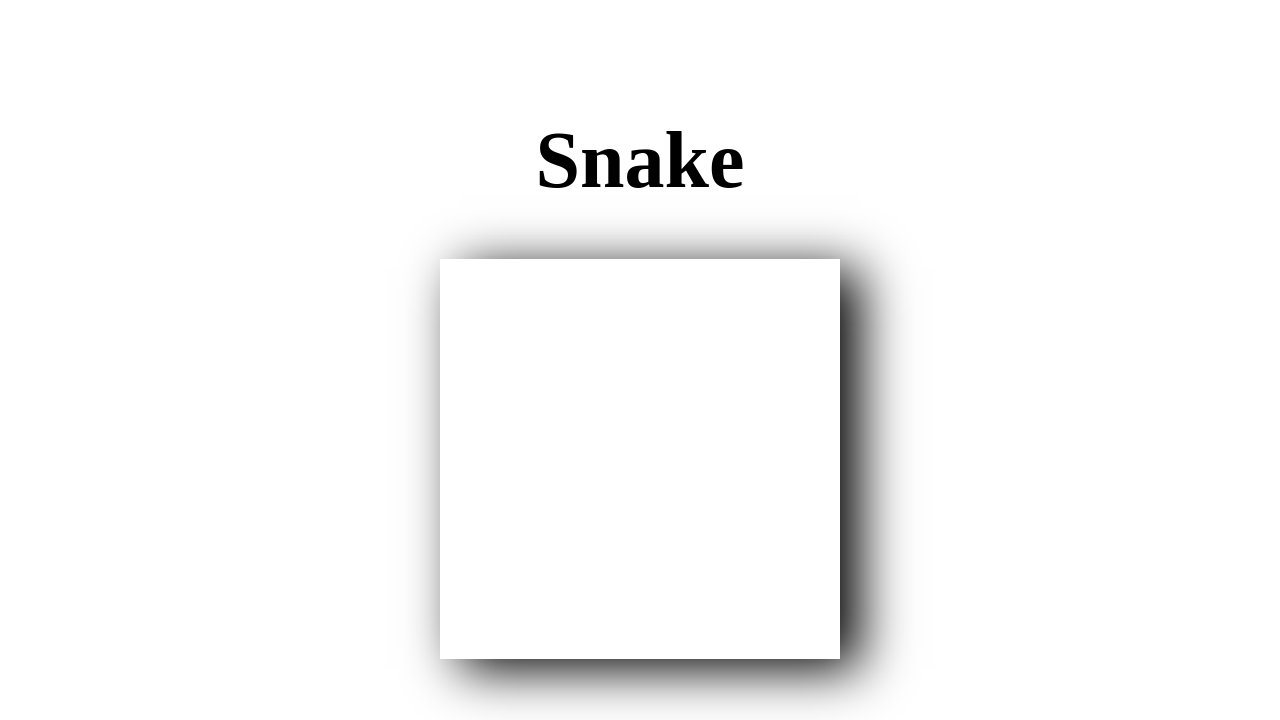
Repository: Ellisvelandia/snake
Page: index.html
An editor plug-in stored every save of this project. The page is shown before and after the next save, followed by the edit.
The browser window is 1280 px wide. The pictures show the whole page.

Above is the page before, as saved 2022-08-26 23:23:38.
Console error: ReferenceError: keyDown is not defined

### index.html
<!DOCTYPE html>
<html lang="en">
  <head>
    <meta charset="UTF-8" />
    <meta http-equiv="X-UA-Compatible" content="IE=edge" />
    <meta name="viewport" content="width=device-width, initial-scale=1.0" />
    <link rel="stylesheet" href="style.css" />
    <title>Snake</title>
  </head>
  <body>
    <h1>Snake</h1>

    <canvas id="game" width="400" height="400"></canvas>
    <script src="index.js"></script>
  </body>
</html>

### style.css
body {
  margin: 0;
  padding: 0;
  display: flex;
  flex-direction: column;
  justify-content: center;
  align-items: center;
  max-width: 100%;
  height: 100vh;
}

h1 {
  font-size: 5rem;
}
canvas {
  box-shadow: #000 20px 10px 50px;
}

### index.js
const canvas = document.getElementById("game");
const ctx = canvas.getContext("2d");

let speed = 7;

let tileCount = 20;
let tileSize = canvas.width / tileCount - 2;
let headX = 10;
let headY = 10;

let xVelocity=0;
let yVelocity=0;

// game  loop

function drawGame() {
  clearScreen();
  drawSnake();
  setTimeout(drawGame, 1000 / speed);
}

function clearScreen() {
  ctx.fillStyle = "#000";
  ctx.fillRect(0,0, canvas.width, canvas.height);
}

function drawSnake() {
  ctx.fillStyle = "#ffa500	"
  ctx.fillRect(headX * tileCount, headY* tileCount, tileSize,tileSize);
}

document.body.addEventListener('keydown', keyDown);

function name(params) {

}


drawGame();

After the next save:
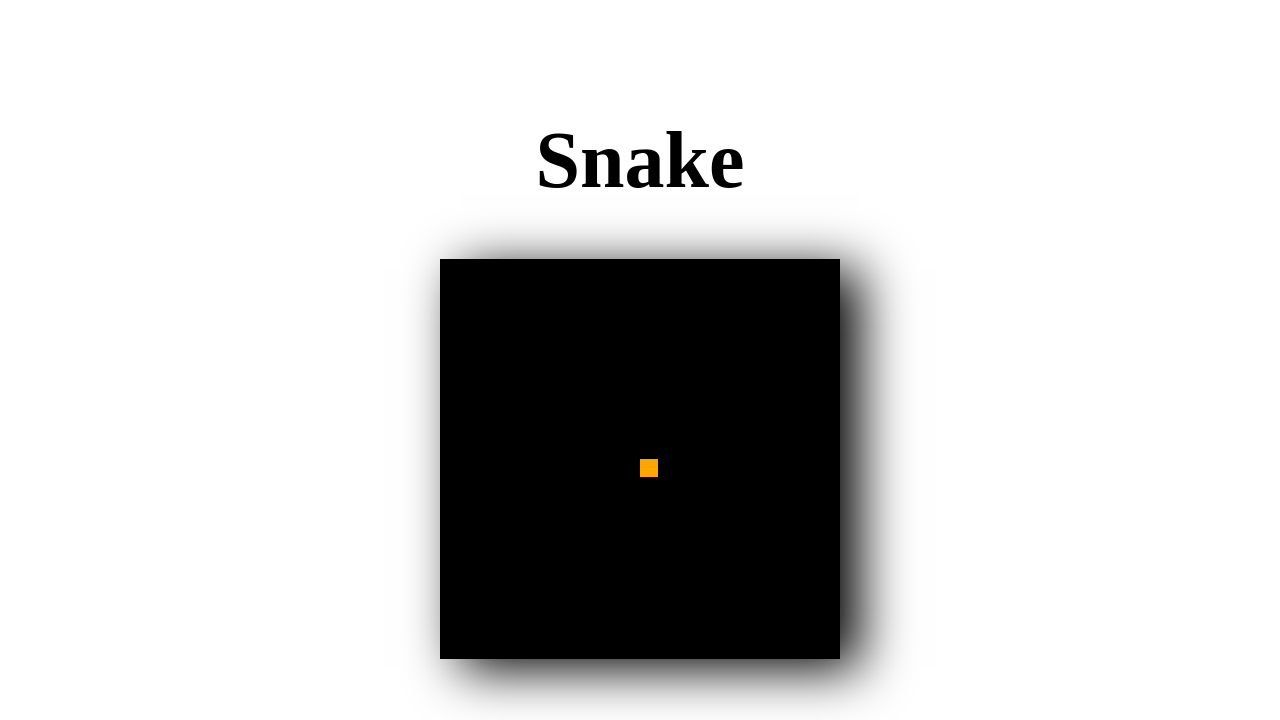
The error is gone.
Saved 5 s later.
--- a/index.js
+++ b/index.js
@@ -31,7 +31,7 @@ function drawSnake() {
 
 document.body.addEventListener('keydown', keyDown);
 
-function name(params) {
+function keyDown(params) {
 
 }
 
